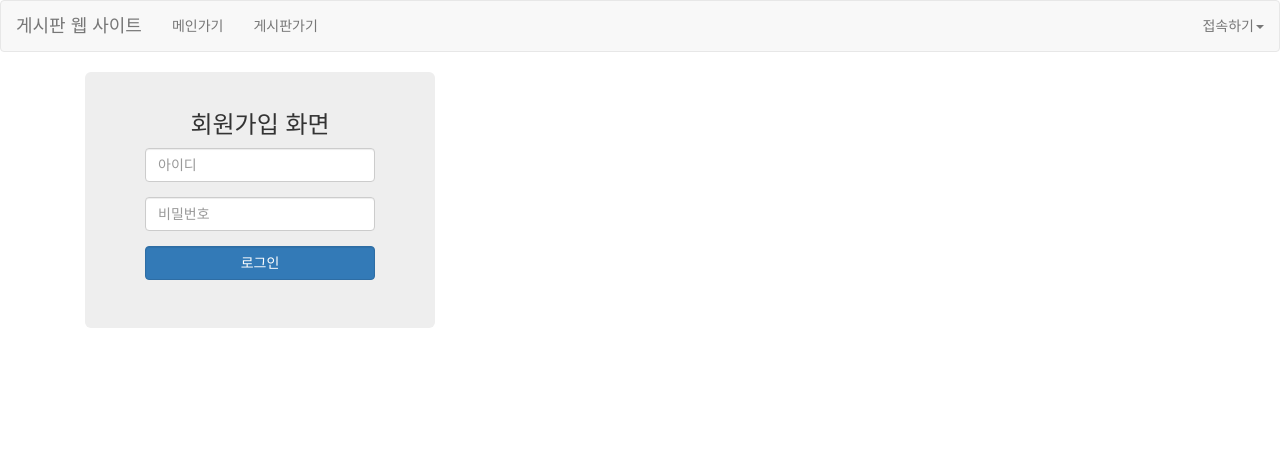
Repository: dbfjd01/save
Page: http://localhost/BBS/join.jsp
The author's editor kept a copy of each file at every save. The page is drawn from the files as they stood at one save, then again after the next save.
The browser window is 1280 px wide. The pictures show the whole page.
Some web libraries are served in a nearby version. The page is served by Tomcat 9.

Above is the page before, as saved 2021-07-02 02:03:15.

After the next save:
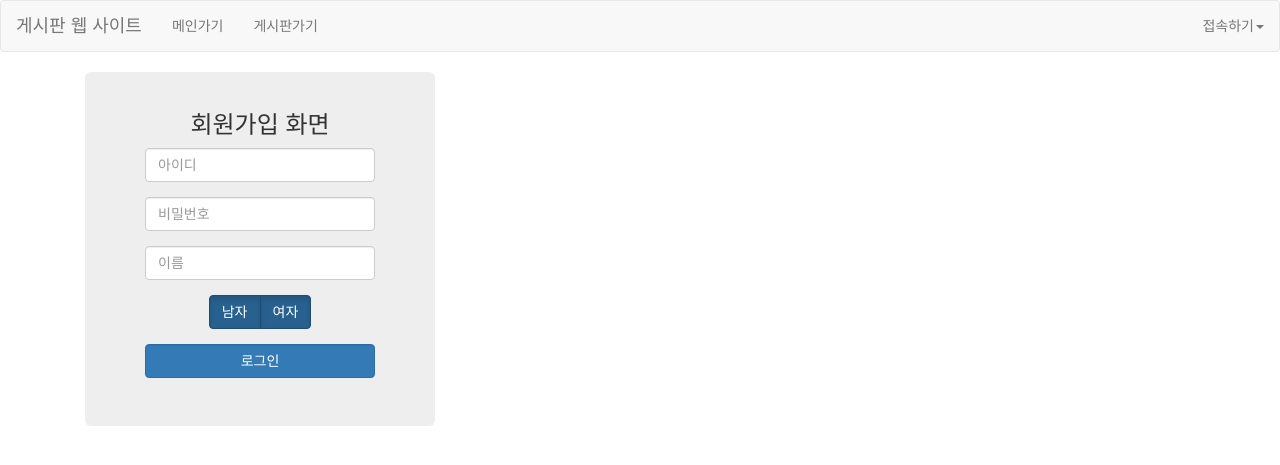
Saved 20 min 48 s later.
--- a/Test/BBS/src/main/webapp/join.jsp
+++ b/Test/BBS/src/main/webapp/join.jsp
@@ -55,6 +55,17 @@
 					<div class="form-group">
 						<input type="password" class="form-control" placeholder="비밀번호" name="userPassword" maxlength="20">
 					</div>
+					<div class="form-group">
+						<input type="text" class="form-control" placeholder="이름" name="userName" maxlength="20">
+					</div>
+					<div class="form-group" style="text-align: center;">
+						<div class="btn-group" data-toggle="buttons">
+						<label class="btn btn-primary active">
+							<input type="radio" name="userGender" autocomplete="off" value="남자" checked>남자	</label>
+						<label class="btn btn-primary active">
+							<input type="radio" name="userGender" autocomplete="off" value="여자" checked>여자	</label>
+						</div>
+					</div>
 						<input type="submit" class="btn btn-primary form-control" value="로그인">
 			</form>
 		</div>
